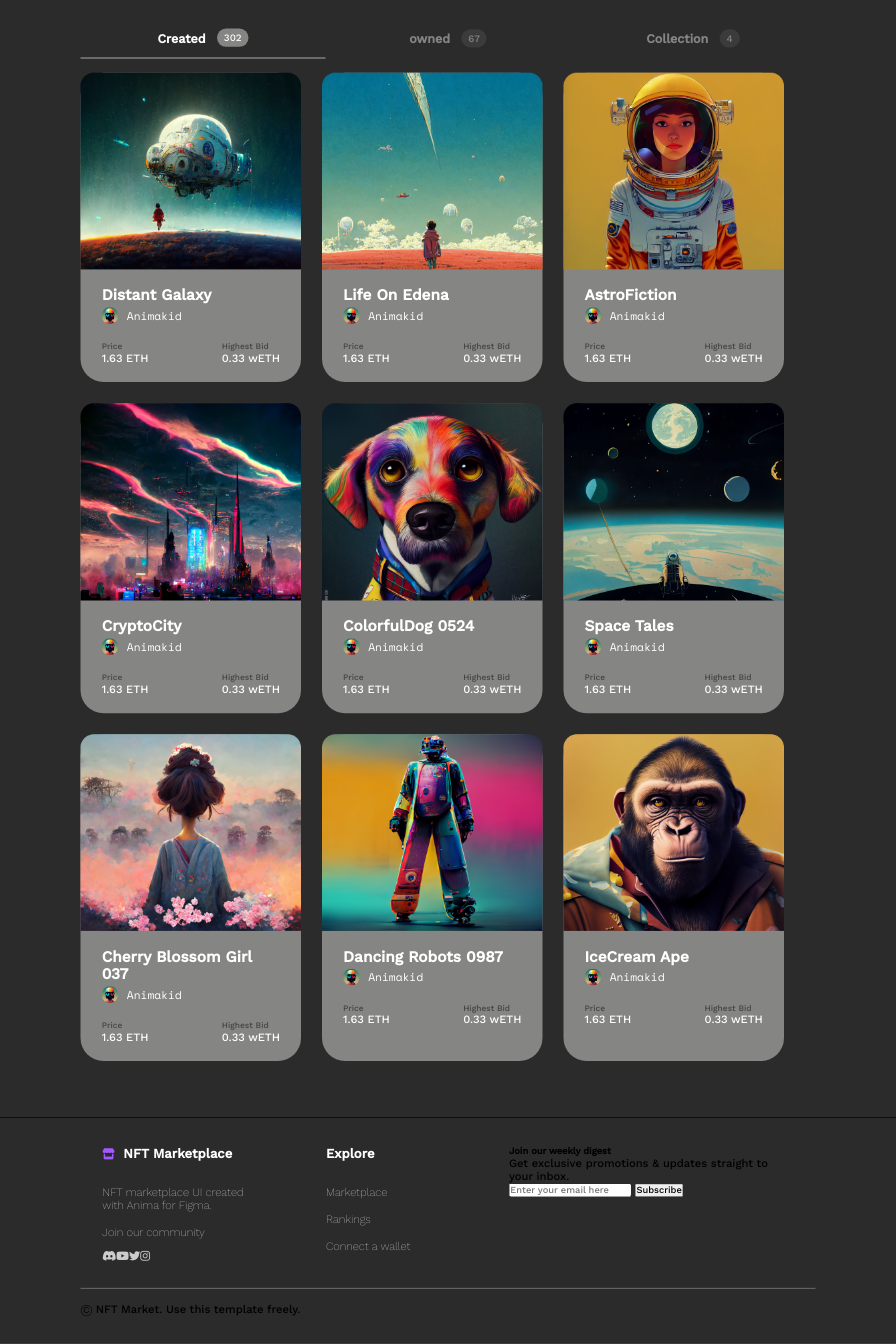
Repository: levananh202ht/NFT_Marketplace
Page: index.html
The author's editor kept a copy of each file at every save. The page is drawn from the files as they stood at one save, then again after the next save.
The browser window is 1280 px wide. The pictures show the part of the page from y = 847 to 2767 px (the page is 2767 px tall), at 70% of full size.

Above is the page before, as saved 2023-12-11 02:04:52.

### index.html
<!DOCTYPE html>
<html lang="en">
<head>
    <meta charset="UTF-8">
    <meta name="viewport" content="width=device-width, initial-scale=1.0">
    <link rel="stylesheet" href="index.css">
    <link rel="stylesheet" href="responsive.css">
    <link rel="stylesheet" href="https://cdnjs.cloudflare.com/ajax/libs/font-awesome/6.5.1/css/all.min.css" integrity="sha512-DTOQO9RWCH3ppGqcWaEA1BIZOC6xxalwEsw9c2QQeAIftl+Vegovlnee1c9QX4TctnWMn13TZye+giMm8e2LwA==" crossorigin="anonymous" referrerpolicy="no-referrer" />
    <title>Document</title>
</head>
<body>
    <div class="nft_container">
        <!-- header -->
        <div class="nft_header">

            <div class="nft_header-left">
                <i class="fa-solid fa-store"></i>
                <h3>NFT Marketplace</h3>
            </div>

            <ul class="nft_header-right">
                <li class="nft_header-right-item">Marketplace</li>
                <li class="nft_header-right-item">Rankings</li>
                <li class="nft_header-right-item">Connect a wallet</li>
                <li class="nft_header-right-item">
                    <div>
                        <i class="fa-regular fa-user"></i>
                        <p>Sign Up</p>
                    </div>
                </li>
            </ul>

            <i class="icon-bar-responsive fa-solid fa-bars-staggered"></i>

        </div>
        <!-- profileImage -->
        <div class="nft_profileImage">
            <img src="./assets/images/Avatar Placeholder.png" alt="">
        </div>
        <!-- userInfo -->
        <div class="nft_userInfo">

            <div class="nft_userInfo-top">

                <h2>Animakid</h2>
                <div class="nft_userInfo-top-button">
                    <button>
                        <i class="fa-regular fa-copy"></i>
                        <p>0xc0E3...B79C</p>
                    </button>
                    <button>
                        <i class="fa-solid fa-plus"></i>
                        <p>Follow</p>
                    </button>
                </div>

            </div>

            <div class="nft_userInfo-bottom">

                <div class="nft_userInfo-bottom-param">

                    <div>
                        <p class="param">250k+</p>
                        <p class="text">Volume</p>
                    </div>

                    <div>
                        <p class="param">50+</p>
                        <p class="text">NFTs Sold</p>
                    </div>

                    <div>
                        <p class="param">3000+</p>
                        <p class="text">Followers</p>
                    </div>

                </div>

                <div class="nft_userInfo-bottom-bio">

                    <h5>Bio</h5>
                    <p>The internet's friendliest designer kid.</p>

                </div>

                <div class="nft_userInfo-bottom-links">

                    <h5>Links</h5>
                    <ul>
                        <li>
                            <a href="">
                                <i class="fa-solid fa-globe"></i>
                            </a>
                        </li>
                        <li>
                            <a href="https://discord.com/">
                                <i class="fa-brands fa-discord"></i>
                            </a>
                        </li>
                        <li>
                            <a href="https://www.youtube.com/">
                                <i class="fa-brands fa-youtube"></i>
                            </a>
                        </li>
                        <li>
                            <a href="https://twitter.com/">
                                <i class="fa-brands fa-twitter"></i>
                            </a>
                        </li>
                        <li>
                            <a href="https://www.instagram.com/">
                                <i class="fa-brands fa-instagram"></i>
                            </a>
                        </li>
                    </ul>

                </div>

            </div>

        </div>
        <!-- tab -->
        <div class="nft_tab">

            <div class="nft_tab-1">
                <h5>Created</h5>
                <p>302</p>
            </div>
            <div class="nft_tab-2">
                <h5>owned</h5>
                <p>67</p>
            </div>
            <div class="nft_tab-3">
                <h5>Collection</h5>
                <p>4</p>
            </div>

        </div>
        <!-- cardSection -->
        <div class="nft_cardSection">

            <div class="nft_cardSection-item">

                <img class="nft_cardSection-item-img" src="./assets/images/Image Placeholder (1).png" alt="Image Placeholder">

                <div class="nft_cardSection-item-info">

                    <h5>Distant Galaxy</h5>
                    <div >
                        <img src="./assets/images/Avatar Placeholder.png" alt="Avatar">
                        <p>Animakid</p>
                    </div>
                    <div >
                        <span>
                            <p>Price</p>
                            <p>1.63 ETH</p>
                        </span>
                        <span>
                            <p>Highest Bid</p>
                            <p>0.33 wETH</p>
                        </span>
                    </div>

                </div>

            </div>
            <div class="nft_cardSection-item">

                <img class="nft_cardSection-item-img" src="./assets/images/Image Placeholder (2).png" alt="Image Placeholder">

                <div class="nft_cardSection-item-info">

                    <h5>Life On Edena</h5>
                    <div >
                        <img src="./assets/images/Avatar Placeholder.png" alt="Avatar">
                        <p>Animakid</p>
                    </div>
                    <div >
                        <span>
                            <p>Price</p>
                            <p>1.63 ETH</p>
                        </span>
                        <span>
                            <p>Highest Bid</p>
                            <p>0.33 wETH</p>
                        </span>
                    </div>

                </div>

            </div>
            <div class="nft_cardSection-item">

                <img class="nft_cardSection-item-img" src="./assets/images/Image Placeholder (3).png" alt="Image Placeholder">

                <div class="nft_cardSection-item-info">

                    <h5>AstroFiction</h5>
                    <div >
                        <img src="./assets/images/Avatar Placeholder.png" alt="Avatar">
                        <p>Animakid</p>
                    </div>
                    <div >
                        <span>
                            <p>Price</p>
                            <p>1.63 ETH</p>
                        </span>
                        <span>
                            <p>Highest Bid</p>
                            <p>0.33 wETH</p>
                        </span>
                    </div>

                </div>

            </div>

            <div class="nft_cardSection-item">

                <img class="nft_cardSection-item-img" src="./assets/images/Image Placeholder (4).png" alt="Image Placeholder">

                <div class="nft_cardSection-item-info">

                    <h5>CryptoCity</h5>
                    <div >
                        <img src="./assets/images/Avatar Placeholder.png" alt="Avatar">
                        <p>Animakid</p>
                    </div>
                    <div >
                        <span>
                            <p>Price</p>
                            <p>1.63 ETH</p>
                        </span>
                        <span>
                            <p>Highest Bid</p>
                            <p>0.33 wETH</p>
                        </span>
                    </div>

                </div>

            </div>
            <div class="nft_cardSection-item">

                <img class="nft_cardSection-item-img" src="./assets/images/Image Placeholder (5).png" alt="Image Placeholder">

                <div class="nft_cardSection-item-info">

                    <h5>ColorfulDog 0524</h5>
                    <div >
                        <img src="./assets/images/Avatar Placeholder.png" alt="Avatar">
                        <p>Animakid</p>
                    </div>
                    <div >
                        <span>
                            <p>Price</p>
                            <p>1.63 ETH</p>
                        </span>
                        <span>
                            <p>Highest Bid</p>
                            <p>0.33 wETH</p>
                        </span>
                    </div>

                </div>

            </div>
            <div class="nft_cardSection-item">

                <img class="nft_cardSection-item-img" src="./assets/images/Image Placeholder (6).png" alt="Image Placeholder">

                <div class="nft_cardSection-item-info">

                    <h5>Space Tales</h5>
                    <div >
                        <img src="./assets/images/Avatar Placeholder.png" alt="Avatar">
                        <p>Animakid</p>
                    </div>
                    <div >
                        <span>
                            <p>Price</p>
                            <p>1.63 ETH</p>
                        </span>
                        <span>
                            <p>Highest Bid</p>
                            <p>0.33 wETH</p>
                        </span>
                    </div>

                </div>

            </div>

            <div class="nft_cardSection-item">

                <img class="nft_cardSection-item-img" src="./assets/images/Image Placeholder (7).png" alt="Image Placeholder">

                <div class="nft_cardSection-item-info">

                    <h5>Cherry Blossom Girl 037</h5>
                    <div >
                        <img src="./assets/images/Avatar Placeholder.png" alt="Avatar">
                        <p>Animakid</p>
                    </div>
                    <div >
                        <span>
                            <p>Price</p>
                            <p>1.63 ETH</p>
                        </span>
                        <span>
                            <p>Highest Bid</p>
                            <p>0.33 wETH</p>
                        </span>
                    </div>

                </div>

            </div>
            <div class="nft_cardSection-item">

                <img class="nft_cardSection-item-img" src="./assets/images/Image Placeholder (8).png" alt="Image Placeholder">

                <div class="nft_cardSection-item-info">

                    <h5>Dancing Robots 0987</h5>
                    <div >
                        <img src="./assets/images/Avatar Placeholder.png" alt="Avatar">
                        <p>Animakid</p>
                    </div>
                    <div >
                        <span>
                            <p>Price</p>
                            <p>1.63 ETH</p>
                        </span>
                        <span>
                            <p>Highest Bid</p>
                            <p>0.33 wETH</p>
                        </span>
                    </div>

                </div>

            </div>
            <div class="nft_cardSection-item">

                <img class="nft_cardSection-item-img" src="./assets/images/Image Placeholder (9).png" alt="Image Placeholder">

                <div class="nft_cardSection-item-info">

                    <h5>IceCream Ape </h5>
                    <div >
                        <img src="./assets/images/Avatar Placeholder.png" alt="Avatar">
                        <p>Animakid</p>
                    </div>
                    <div >
                        <span>
                            <p>Price</p>
                            <p>1.63 ETH</p>
                        </span>
                        <span>
                            <p>Highest Bid</p>
                            <p>0.33 wETH</p>
                        </span>
                    </div>

                </div>

            </div>

        </div>
        <!-- footer -->
        <div class="nft_footer">
            <div class="nft_footer-info">

                <div class="nft_footer-info-item1">

                    <div>
                        <i class="fa-solid fa-store"></i>
                        <h3>NFT Marketplace</h3>
                    </div>
                    <p>NFT marketplace UI created with Anima for Figma.</p>
                    <p>Join our community</p>
                    <ul>
                        <li>
                            <a href="https://discord.com/">
                                <i class="fa-brands fa-discord"></i>
                            </a>
                        </li>
                        <li>
                            <a href="https://www.youtube.com/">
                                <i class="fa-brands fa-youtube"></i>
                            </a>
                        </li>
                        <li>
                            <a href="https://twitter.com/">
                                <i class="fa-brands fa-twitter"></i>
                            </a>
                        </li>
                        <li>
                            <a href="https://www.instagram.com/">
                                <i class="fa-brands fa-instagram"></i>
                            </a>
                        </li>
                    </ul>

                </div>
                <div class="nft_footer-info-item2">
                    <h3>Explore</h3>
                    <p>Marketplace</p>
                    <p>Rankings</p>
                    <p>Connect a wallet</p>
                </div>
                <div class="nft_footer-info-item3">
                    <h5>Join our weekly digest</h5>
                    <p>Get exclusive promotions & updates straight to your inbox.</p>
                    <div>
                        <input type="text" placeholder="Enter your email here">
                        <button>Subscribe</button>
                    </div>
                </div>

            </div>


            <p>Ⓒ NFT Market. Use this template freely.</p>
        </div>

    </div>
</body>
</html>

### responsive.css
@media screen and (max-width: 768px) {
    /* header */
    .nft_header{
        align-items: center;
    }

    .nft_header .nft_header-right {
        display: none;
    }
    .nft_header .icon-bar-responsive{
        display: block;
    }
    /* userInfo */
    .nft_userInfo .nft_userInfo-top{
        flex-direction: column;
    }
    .nft_userInfo .nft_userInfo-top h2 {
        margin-bottom: 30px;
        font-size: 5vw;
    }
    .nft_userInfo .nft_userInfo-bottom .nft_userInfo-bottom-param  {
        width: 62%;
    }
    .nft_userInfo .nft_userInfo-bottom .nft_userInfo-bottom-param div p.param {
        font-size: 2.85vw;
    }
    .nft_userInfo .nft_userInfo-bottom .nft_userInfo-bottom-param div p.text {
        font-size: 2.2vw;
    }
    .nft_userInfo .nft_userInfo-bottom .nft_userInfo-bottom-bio h5 {
        font-size: 2.1vw;
    }
    .nft_userInfo .nft_userInfo-bottom .nft_userInfo-bottom-bio p {
        font-size: 2.1vw;
    }
    .nft_userInfo .nft_userInfo-bottom .nft_userInfo-bottom-links h5 {
        font-size: 2.1vw;
    }
    /* tab */
    .nft_tab h5{
        font-size: 2.1vw;
    }
    .nft_tab p{
        font-size: 1.6vw;
    }
    /* cardSection */
    .nft_cardSection {
        grid-template-columns: 48% 48% ;
    }
}
@media screen and (max-width: 418px) {
    /* header */
    .nft_header{
        padding: 15px 30px;
    }
    /* profileImage */
    .nft_profileImage img{
        left: 34%;
    }
    /* userInfo */
    .nft_userInfo .nft_userInfo-top h2 {
        font-size: 7.4vw;
    }
    .nft_userInfo .nft_userInfo-top .nft_userInfo-top-button{
        flex-direction: column;
    }
    .nft_userInfo .nft_userInfo-bottom .nft_userInfo-bottom-param {
        width: 96%;
    }
    .nft_userInfo .nft_userInfo-bottom .nft_userInfo-bottom-param div p.param {
        font-size: 5.8vw;
    }
    .nft_userInfo .nft_userInfo-bottom .nft_userInfo-bottom-param div p.text {
        font-size: 4.2vw;
    }
    .nft_userInfo .nft_userInfo-bottom .nft_userInfo-bottom-bio h5 {
        font-size: 4.2vw;
    }
    .nft_userInfo .nft_userInfo-bottom .nft_userInfo-bottom-bio p {
        font-size: 4.2vw;
    }
    .nft_userInfo .nft_userInfo-bottom .nft_userInfo-bottom-links h5 {
        font-size: 4.2vw;
    }
    .nft_userInfo .nft_userInfo-top .nft_userInfo-top-button button:nth-child(2) {
        margin-left: 0;
        margin-top: 20px;
    }
    .nft_userInfo .nft_userInfo-top .nft_userInfo-top-button button:nth-child(1),
    .nft_userInfo .nft_userInfo-top .nft_userInfo-top-button button:nth-child(2){
        justify-content: center;
    }
    /* tab */
    .nft_tab h5{
        font-size: 4.2vw;
    }
    .nft_tab p{
        display: none;
    }
    /* cardSection */
    .nft_cardSection {
        grid-template-columns: 100% ;
    }
}

Loaded but not shown: index.css (314 lines, source omitted)

After the next save:
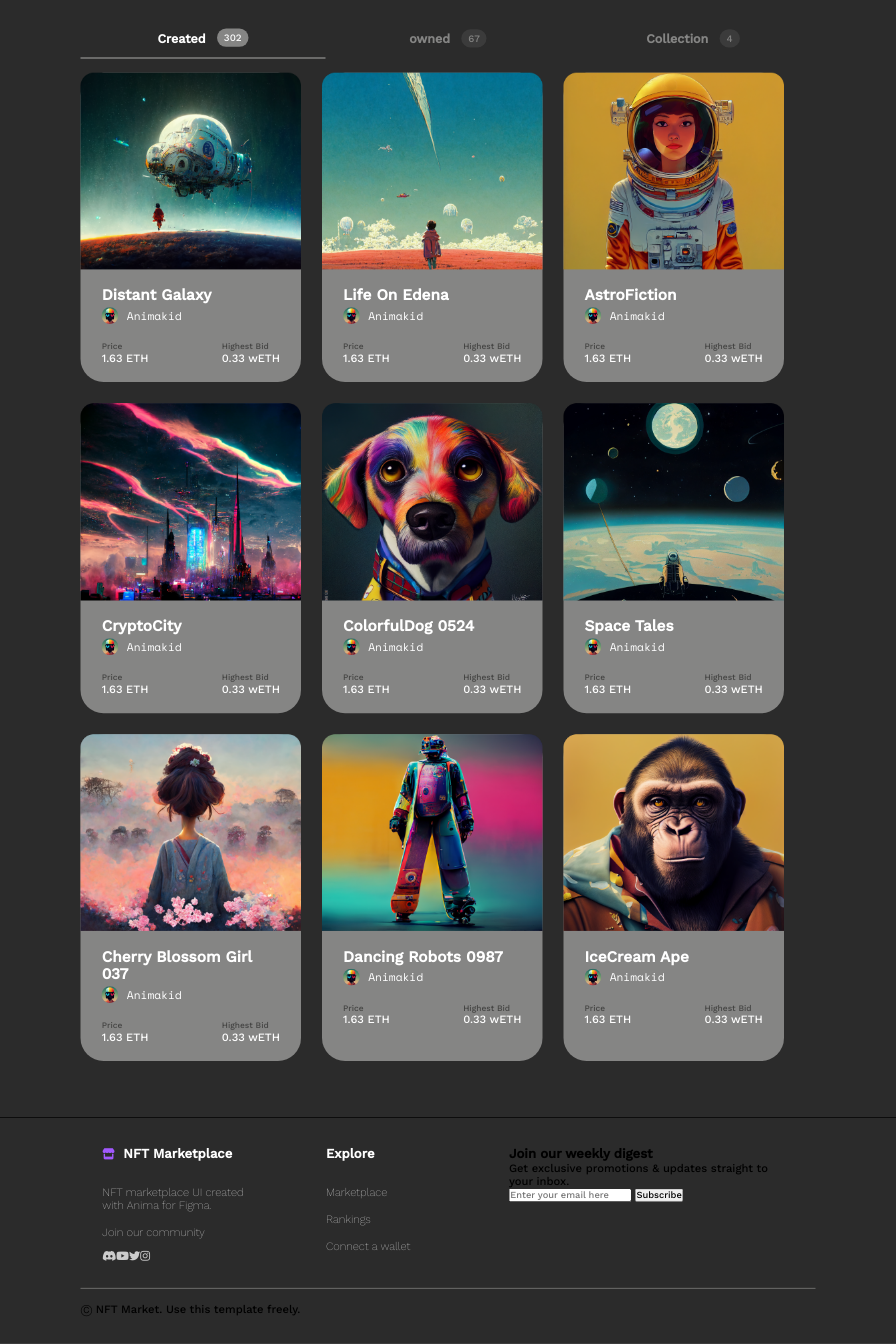
Saved 74 s later.
--- a/index.html
+++ b/index.html
@@ -412,7 +412,7 @@
                     <p>Connect a wallet</p>
                 </div>
                 <div class="nft_footer-info-item3">
-                    <h5>Join our weekly digest</h5>
+                    <h3>Join our weekly digest</h3>
                     <p>Get exclusive promotions & updates straight to your inbox.</p>
                     <div>
                         <input type="text" placeholder="Enter your email here">
